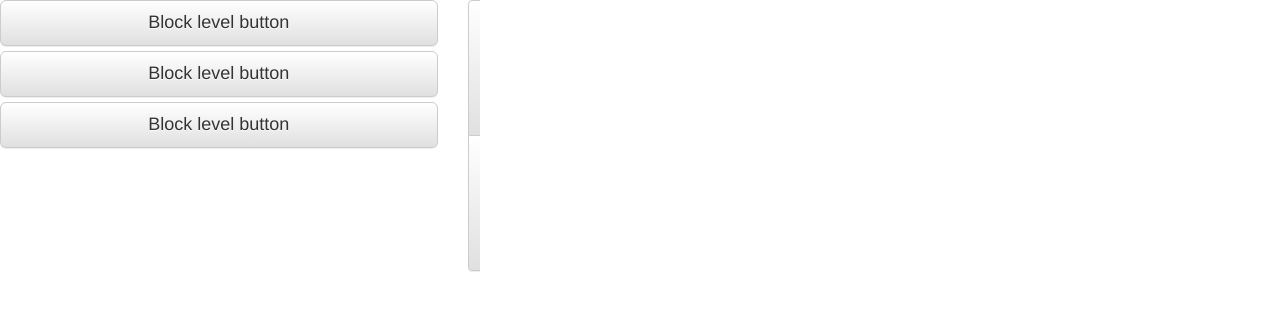
Repository: bmatusiak/bbb-usb-tool-nw
Page: index.html
The author's editor kept a record of every edit. The page is drawn from the files as they stood at one moment, then again after the next edit.
The browser window is 1280 px wide. The pictures show the whole page.

Above is the page before.
Console error: ReferenceError: global is not defined

### index.html
<!DOCTYPE html>
<html>

    <head>
        <title>USB-Tool</title>
        <meta name="viewport"
        content="width=device-width, initial-scale=1.0">

        <link rel="stylesheet" href="bootstrap/css/bootstrap.css" />
        <link rel="stylesheet" href="bootstrap/css/bootstrap-theme.css">
        <script src="js/jquery-1.8.2.min.js"></script>
        <style type="text/css">
            html,body{
                height:272px;
                width:480px;
                overflow:hidden;
            }
        </style>
    </head>

    <body>
        <div class="row">
            <div class="col-xs-11">
                <button type="button" class="btn btn-default btn-lg btn-block">Block level button</button>
                <button type="button" class="btn btn-default btn-lg btn-block">Block level button</button>
                <button type="button" class="btn btn-default btn-lg btn-block">Block level button</button>
            </div>
            <div class="col-xs-1">
                <div class="btn-group-vertical">
                  <button type="button" class="btn btn-default" style="height:136px;"><span class="glyphicon glyphicon-arrow-up"></span></button>
                  <button type="button" class="btn btn-default" style="height:136px;"><span class="glyphicon glyphicon-arrow-down"></span></button>
                </div>

            </div>
        </div>

        <script src="bootstrap/js/bootstrap.min.js"></script>

        <script src="main.js"></script>
    </body>

</html>

### main.js
var $ = global.$ = $;
var spawn = require('child_process').spawn

    function runCommand(cmd, done) {
        var c = cmd.split(" ");
        var Cmd = c.splice(0, 1);
        var runC = spawn(Cmd, c);
        var runCout = "";
        var runCerr = "";

        if (!done) done = function() {};

        runC.stdout.on('data', function(data) {
            runCout += data.toString();
        });

        runC.stderr.on('data', function(data) {
            runCerr += data.toString();
        });

        runC.on('close', function(code) {
            alert(runCerr);
            alert(runCout);
            done();
        });
    }

var gui = require('nw.gui');
var win = gui.Window.get();

$(document).ready(function() {
    win.resizeTo(window.screen.availWidth, window.screen.availHeight);
});

var fs = require('fs');

function setupFiles(fpath) {
    fs.readdir(fpath, function(err, files) {
        if (err) throw err;
        for (var i in files) {
            var theFile = $('<button type="button" class="file btn btn-default btn-block" data-fpath="' + fpath + '">' + files[i] + '</button>');
            theFile.appendTo("#files");
            theFile.click(function() {
                $(".file").removeClass("btn-warning");
                $(this).addClass("btn-warning");
            });
        }
    });
}

setupFiles("/mnt/microsd");

$("#btn-ok").click(function() {
    var file = $(".file.btn-warning").data("fpath") + "/" + $(".file.btn-warning").text();
    //alert(file);
    runCommand("rmmod g_mass_storage", function() {
        $(".btn-primary").removeClass("btn-primary");

        runCommand("modprobe g_mass_storage file=" + file + " cdrom=1", function() {
            $(".file.btn-warning").removeClass("btn-warning").addClass("btn-primary");
        });
    })

})

Loaded but not shown: bootstrap/css/bootstrap.css (library); bootstrap/css/bootstrap-theme.css (library); js/jquery-1.8.2.min.js (library); bootstrap/js/bootstrap.min.js (library)

After the next edit:
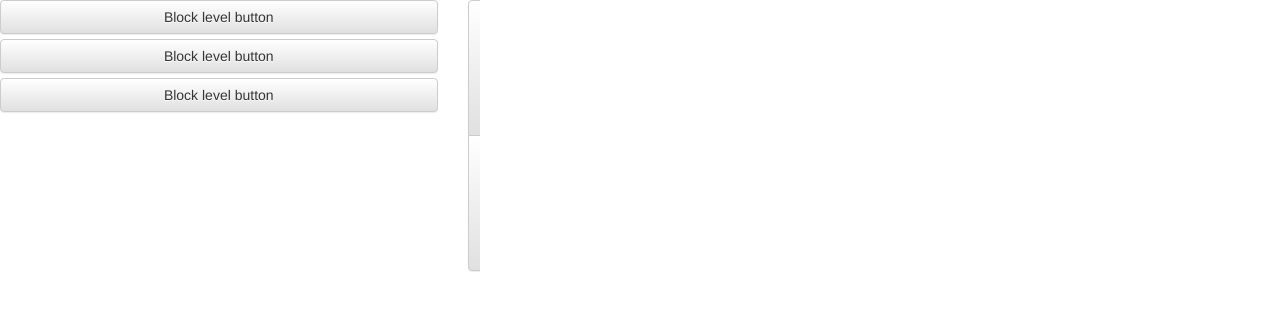
The edit:
--- a/index.html
+++ b/index.html
@@ -21,9 +21,9 @@
     <body>
         <div class="row">
             <div class="col-xs-11">
-                <button type="button" class="btn btn-default btn-lg btn-block">Block level button</button>
-                <button type="button" class="btn btn-default btn-lg btn-block">Block level button</button>
-                <button type="button" class="btn btn-default btn-lg btn-block">Block level button</button>
+                <button type="button" class="btn btn-default  btn-block">Block level button</button>
+                <button type="button" class="btn btn-default  btn-block">Block level button</button>
+                <button type="button" class="btn btn-default  btn-block">Block level button</button>
             </div>
             <div class="col-xs-1">
                 <div class="btn-group-vertical">
